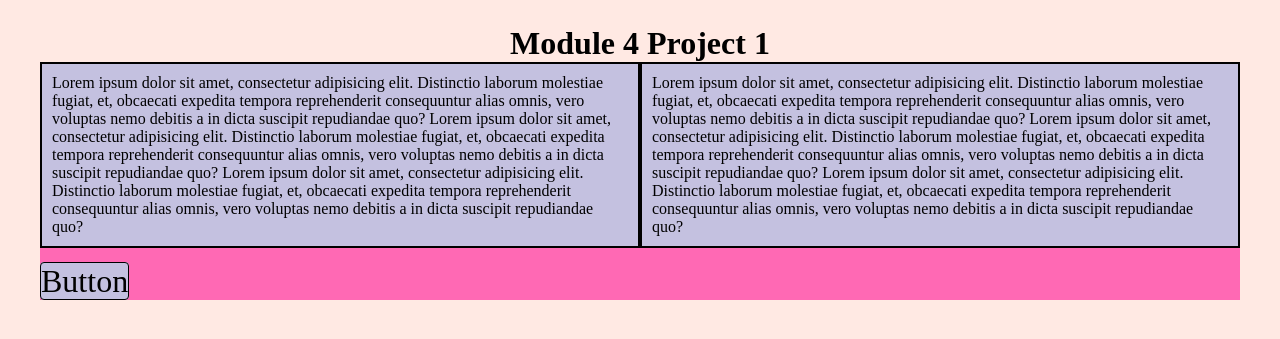
Repository: mlmEFSC21/P6-External-Style-Sheet
Page: index.html
The author's editor kept a copy of each file at every save. The page is drawn from the files as they stood at one save, then again after the next save.
The browser window is 1280 px wide. The pictures show the whole page.

Above is the page before, as saved 2022-02-13 17:10:19.

### index.html
<!DOCTYPE html>
<html lang="en">
    <head>
        <meta charset="UTF-8" />
        <meta http-equiv="X-UA-Compatible" content="IE=edge" />
        <meta name="viewport" content="width=device-width, initial-scale=1.0" />
        <link rel="stylesheet" href="Styles.css" />
        <title>External Style Sheets</title>
    </head>
    <header><h1>Module 4 Project 1</h1></header>
    <body>
        <div class="floatContainer">
            <div>
                <p class="p1">
                    Lorem ipsum dolor sit amet, consectetur adipisicing elit. Distinctio laborum
                    molestiae fugiat, et, obcaecati expedita tempora reprehenderit consequuntur
                    alias omnis, vero voluptas nemo debitis a in dicta suscipit repudiandae quo?
                    Lorem ipsum dolor sit amet, consectetur adipisicing elit. Distinctio laborum
                    molestiae fugiat, et, obcaecati expedita tempora reprehenderit consequuntur
                    alias omnis, vero voluptas nemo debitis a in dicta suscipit repudiandae quo?
                    Lorem ipsum dolor sit amet, consectetur adipisicing elit. Distinctio laborum
                    molestiae fugiat, et, obcaecati expedita tempora reprehenderit consequuntur
                    alias omnis, vero voluptas nemo debitis a in dicta suscipit repudiandae quo?
                </p>
            </div>
            <div>
                <p class="p2">
                    Lorem ipsum dolor sit amet, consectetur adipisicing elit. Distinctio laborum
                    molestiae fugiat, et, obcaecati expedita tempora reprehenderit consequuntur
                    alias omnis, vero voluptas nemo debitis a in dicta suscipit repudiandae quo?
                    Lorem ipsum dolor sit amet, consectetur adipisicing elit. Distinctio laborum
                    molestiae fugiat, et, obcaecati expedita tempora reprehenderit consequuntur
                    alias omnis, vero voluptas nemo debitis a in dicta suscipit repudiandae quo?
                    Lorem ipsum dolor sit amet, consectetur adipisicing elit. Distinctio laborum
                    molestiae fugiat, et, obcaecati expedita tempora reprehenderit consequuntur
                    alias omnis, vero voluptas nemo debitis a in dicta suscipit repudiandae quo?
                </p>
            </div>
        </div>
        <div class="button"><a href="" class="button">Button</a></div>
    </body>
</html>

### Styles.css
:root {
    /* --clr-font: black; */
    --clr-background: #ffe9e3;
    --clr-buttonBG: #c4c1e0;
    --clr-buttonHover: #7c73e6;
}
*,
*::before,
*::after {
    margin: 0;
    padding: 0;
    box-sizing: border-box;
}
header {
    text-align: center;
}
body {
    background-color: var(--clr-background);
    color: black;
    margin: 10px 25px;
    padding: 15px;
}
p {
    margin-bottom: 15px;
    padding: 10px;
    background-color: var(--clr-buttonBG);
}
.p1 {
    border: 2px solid black;
    float: left;
    width: 50%;
}
.p2 {
    border: 2px solid black;
    float: right;
    width: 50%;
}
.p2::after {
    content: "";
    clear: both;
}
div.button {
    background-color: hotpink;
}
a {
    text-decoration: none;
    border: 1px solid black;
    border-radius: 4px;
    width: 250px;
    height: 150px;
    font-size: 2rem;
    background-color: var(--clr-buttonBG);
    color: var(--clr-button);
}
a.button {
}
a.button:hover {
    background-color: var(--clr-buttonHover);
    color: white;
    cursor: pointer;
}

After the next save:
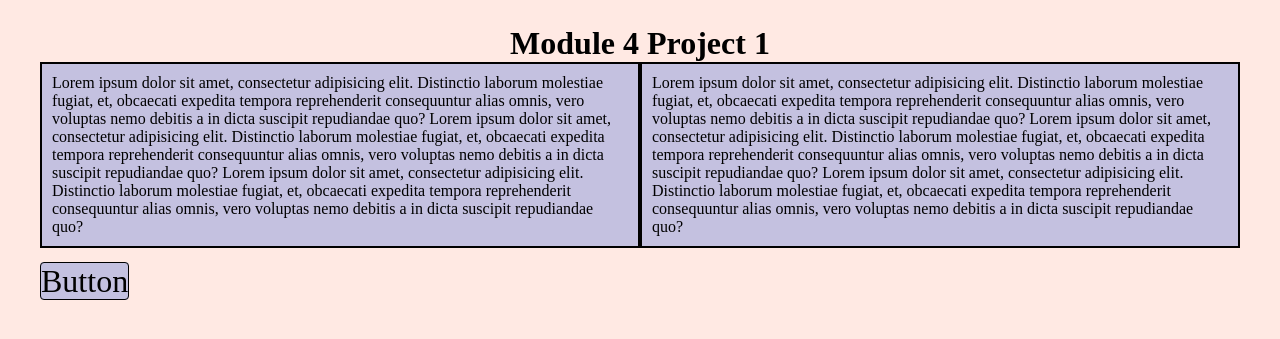
Saved 20 s later.
--- a/Styles.css
+++ b/Styles.css
@@ -40,6 +40,7 @@
     clear: both;
 }
 div.button {
+    align-items:center
     background-color: hotpink;
 }
 a {

After the save that followed:
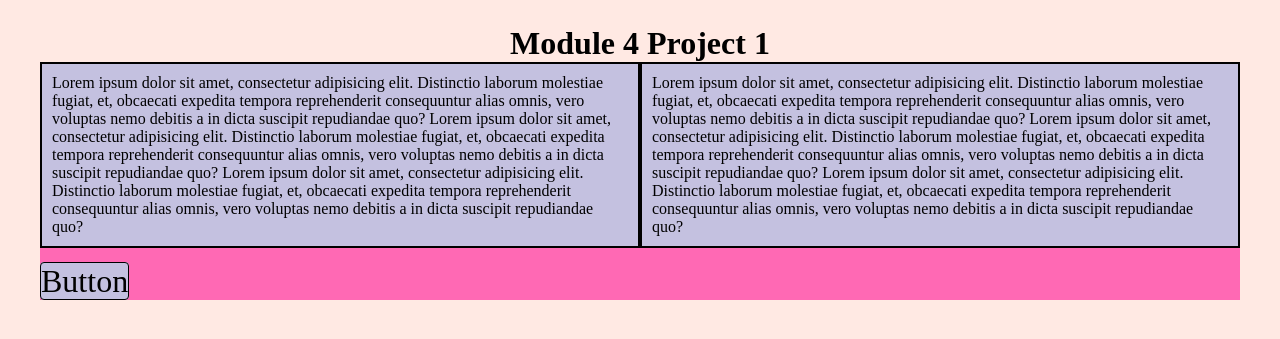
Saved 22 s later.
--- a/Styles.css
+++ b/Styles.css
@@ -40,7 +40,8 @@
     clear: both;
 }
 div.button {
-    align-items:center
+    align-items: center;
+    justify-content: center;
     background-color: hotpink;
 }
 a {
